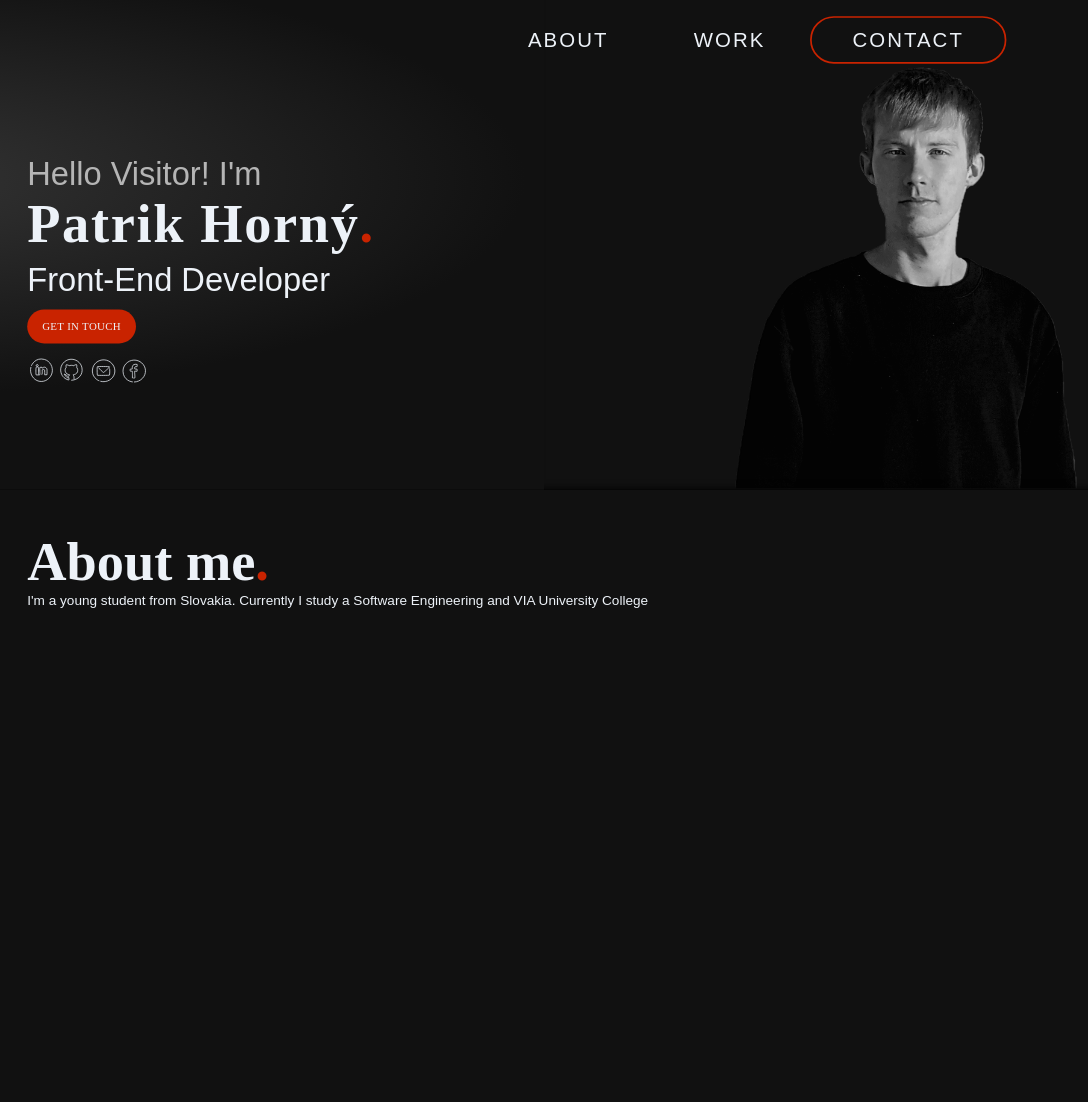
Repository: Spreceriany/portfolio
Page: index.html
An editor plug-in stored every save of this project. The page is shown before and after the next save, followed by the edit.
The browser window is 1280 px wide. The pictures show the whole page, at 85% of full size.
Some web fonts or font styles are not loaded; a fallback is used. The style sheet was rebuilt from its Sass, Less or Tailwind sources for each picture, by a compiler version that may differ from the author's.

Above is the page before, as saved 2021-03-08 12:14:15.

After the next save:
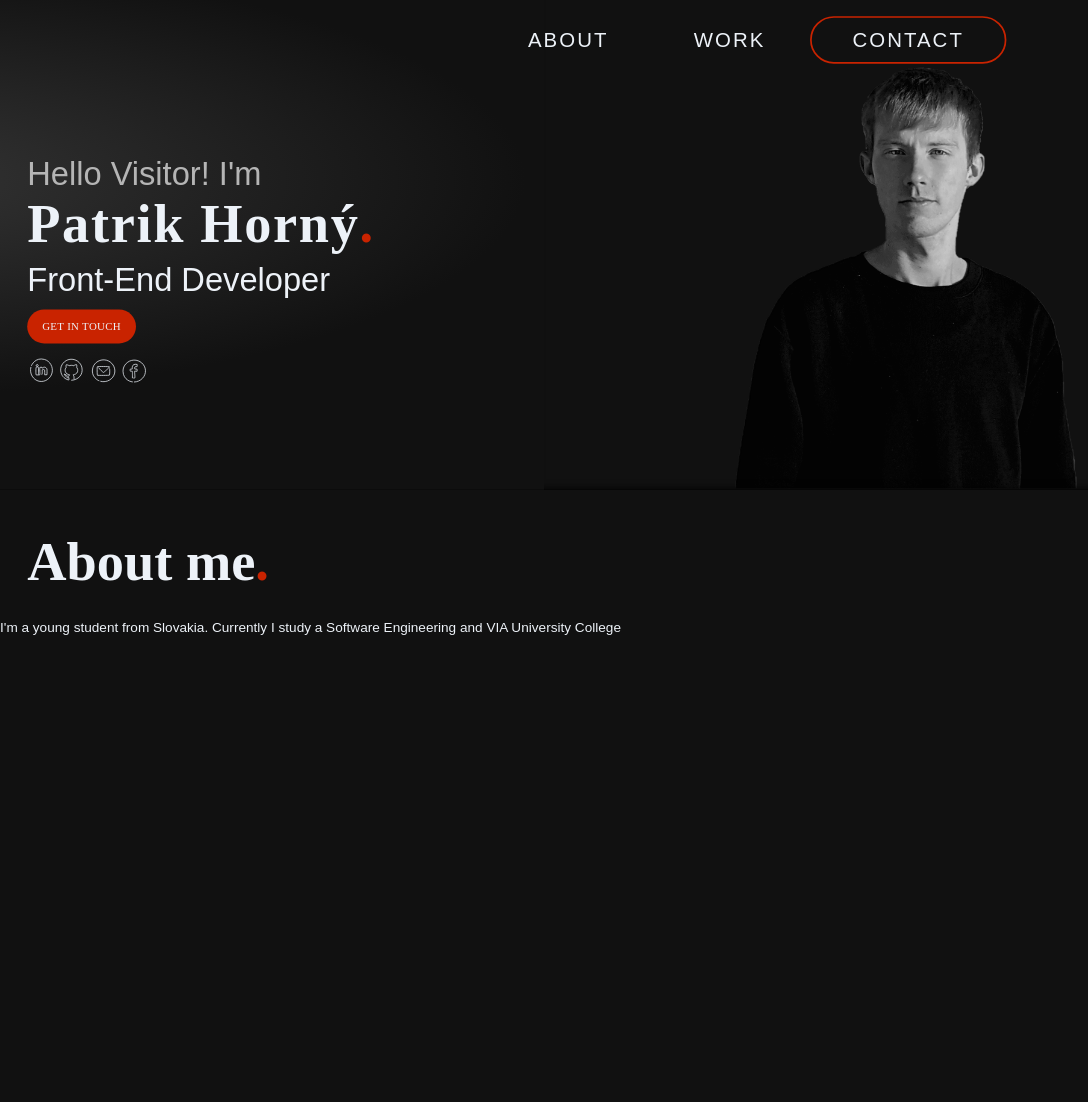
Saved 12 s later.
--- a/css/style.scss
+++ b/css/style.scss
@@ -231,6 +231,6 @@
   }
 
   &__right-col{
-    padding-left: 2em;
-  }
-}
+    padding: 2em 0em;
+  }
+}

After the save that followed:
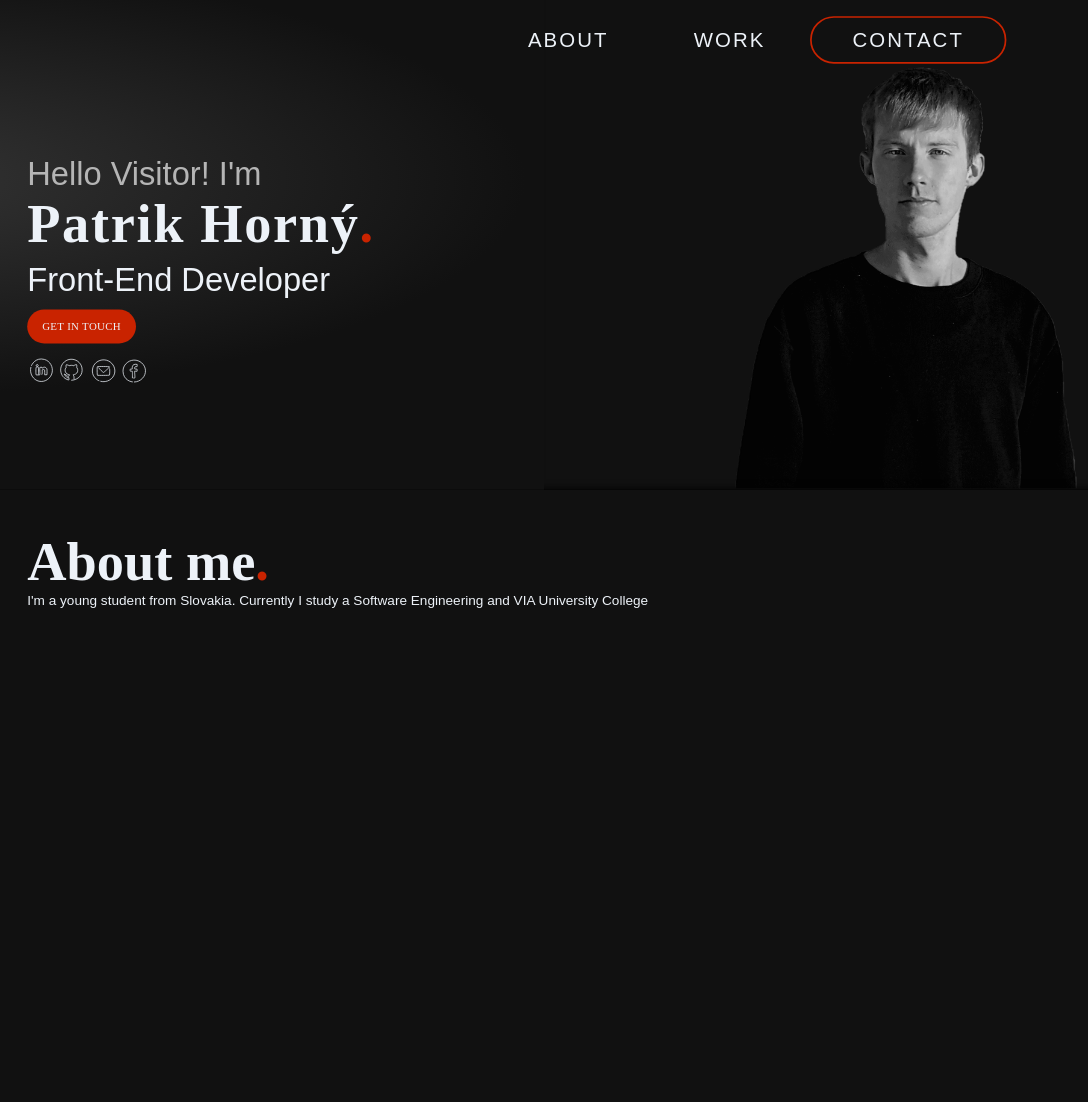
Saved 47 s later.
--- a/css/style.scss
+++ b/css/style.scss
@@ -231,6 +231,6 @@
   }
 
   &__right-col{
-    padding: 2em 0em;
-  }
-}
+    padding: 0 2em;
+  }
+}
